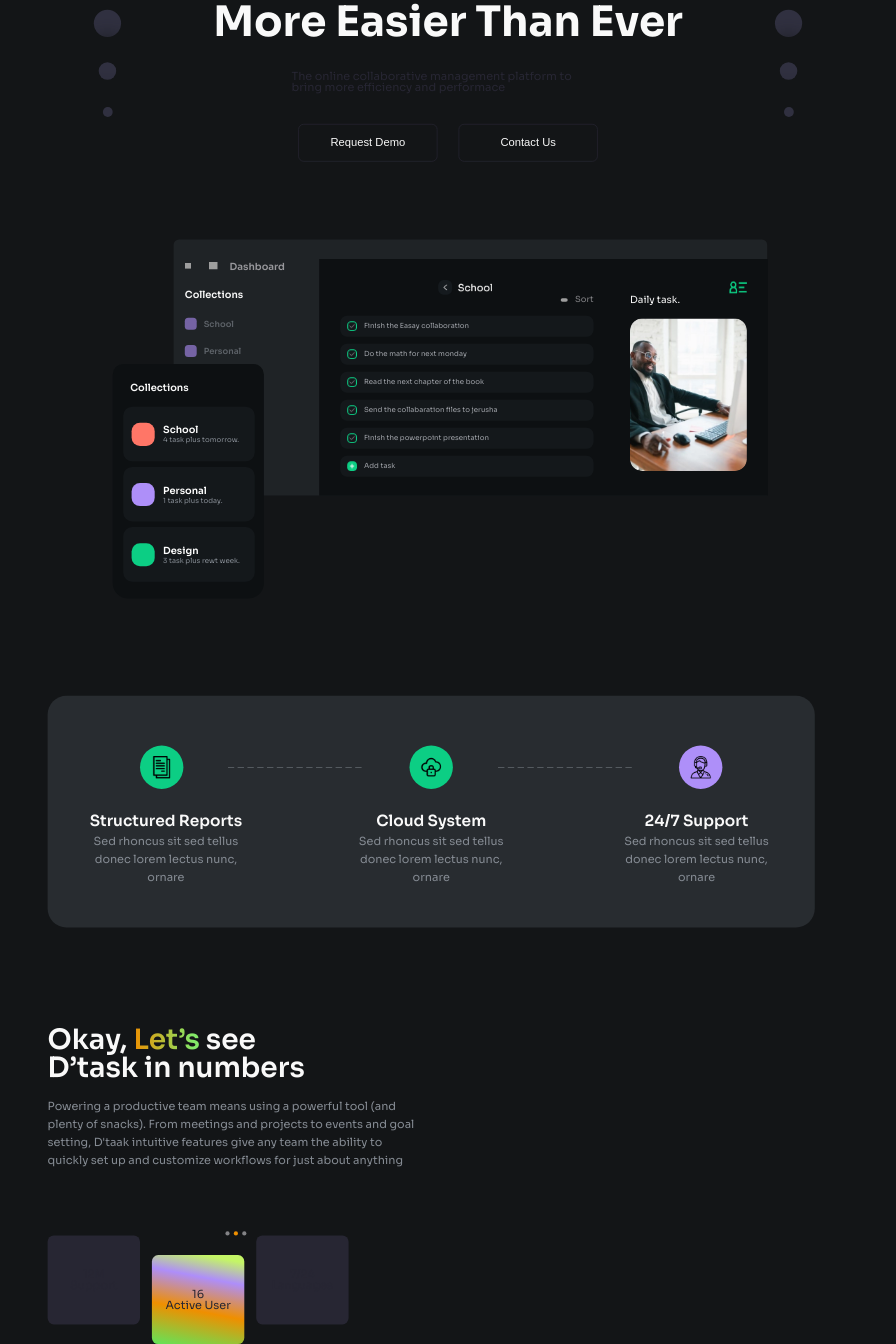
Repository: anhthiethumg/Task_Managerment_Website
Page: index.html
An editor plug-in stored every save of this project. The page is shown before and after the next save, followed by the edit.
The browser window is 1280 px wide. The pictures show the part of the page from y = 320 to 2240 px (the page is 2240 px tall), at 70% of full size.
Pictures or frames that could not be fetched are drawn as grey boxes. A picture or video elsewhere on the page could not be fetched, so the positions and the page height are approximate.

Above is the page before, as saved 2023-07-29 00:44:32.

After the next save:
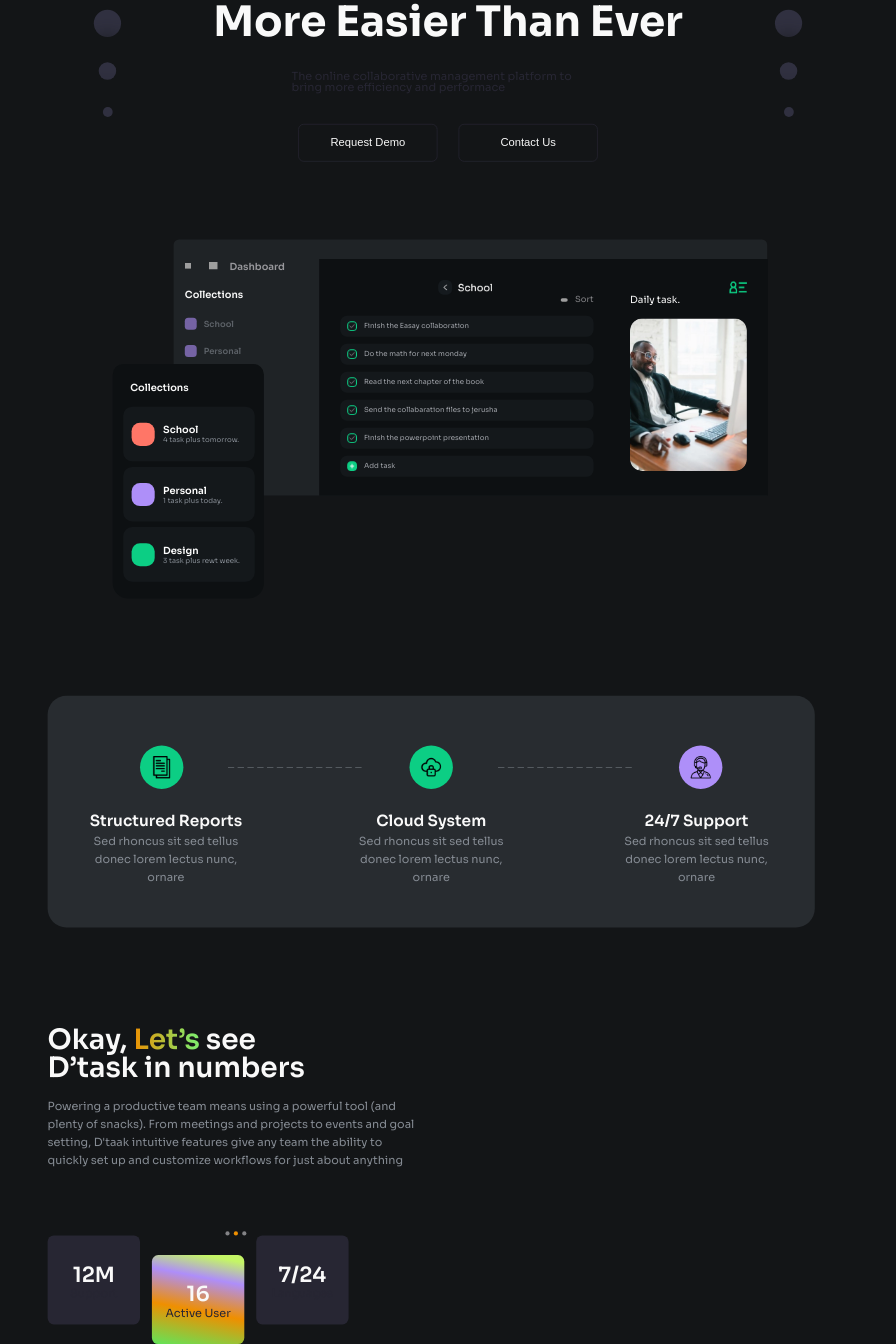
Saved 7 s later.
--- a/assets/css/styles.css
+++ b/assets/css/styles.css
@@ -531,5 +531,11 @@ a {
 }
 
 .static--item__number {
-
-}
+  color: var(--text-color-white, #F9F9F9);
+text-align: center;
+font-family: Sora;
+font-size: 30px;
+font-style: normal;
+font-weight: 600;
+line-height: normal;
+}
